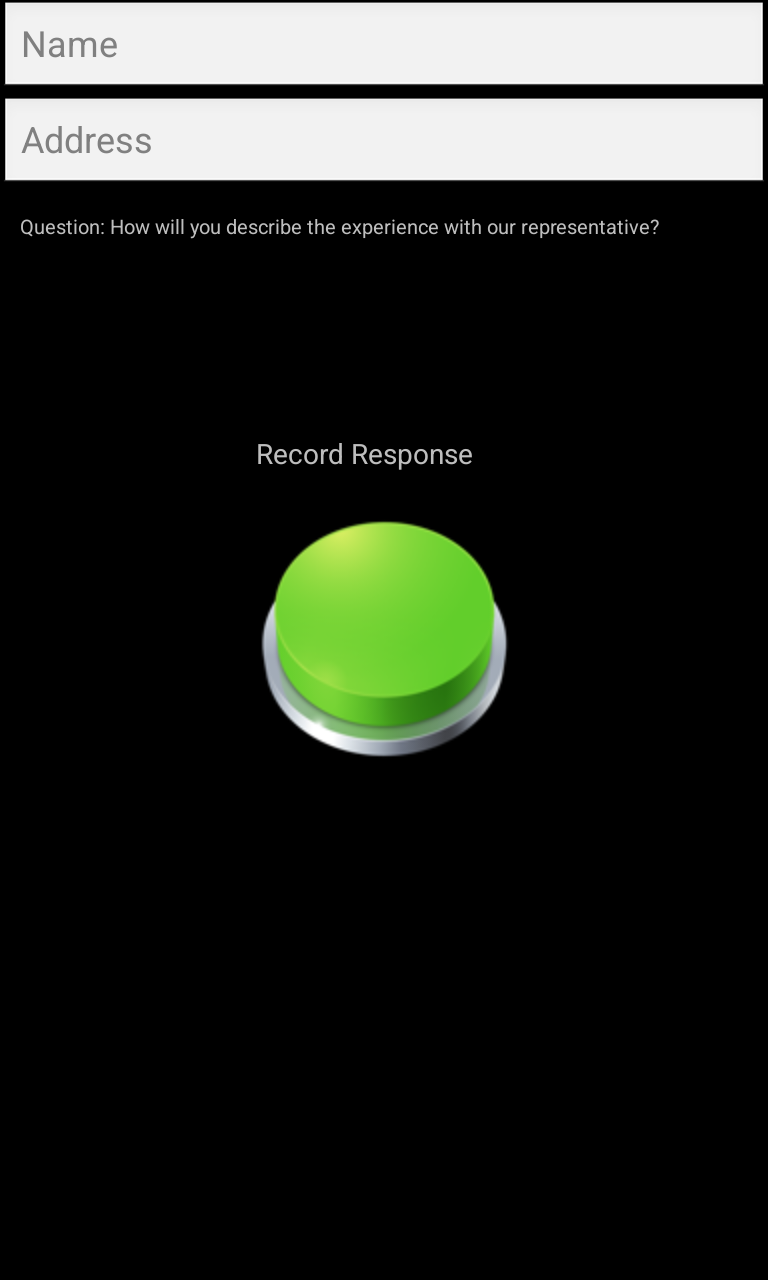
Repository: Anmol92verma/SurveyApp
Layout: SoundServey/res/layout/activity_main.xml
An editor plug-in stored every save of this project. The layout is shown before and after the next save, followed by the edit.
It is drawn on a 768 x 1280 px phone screen (xhdpi) without system bars, with theme android:Theme.Black; the app's code is not run.

Above is the layout before, as saved 2015-02-21 16:46:12.

After the next save:
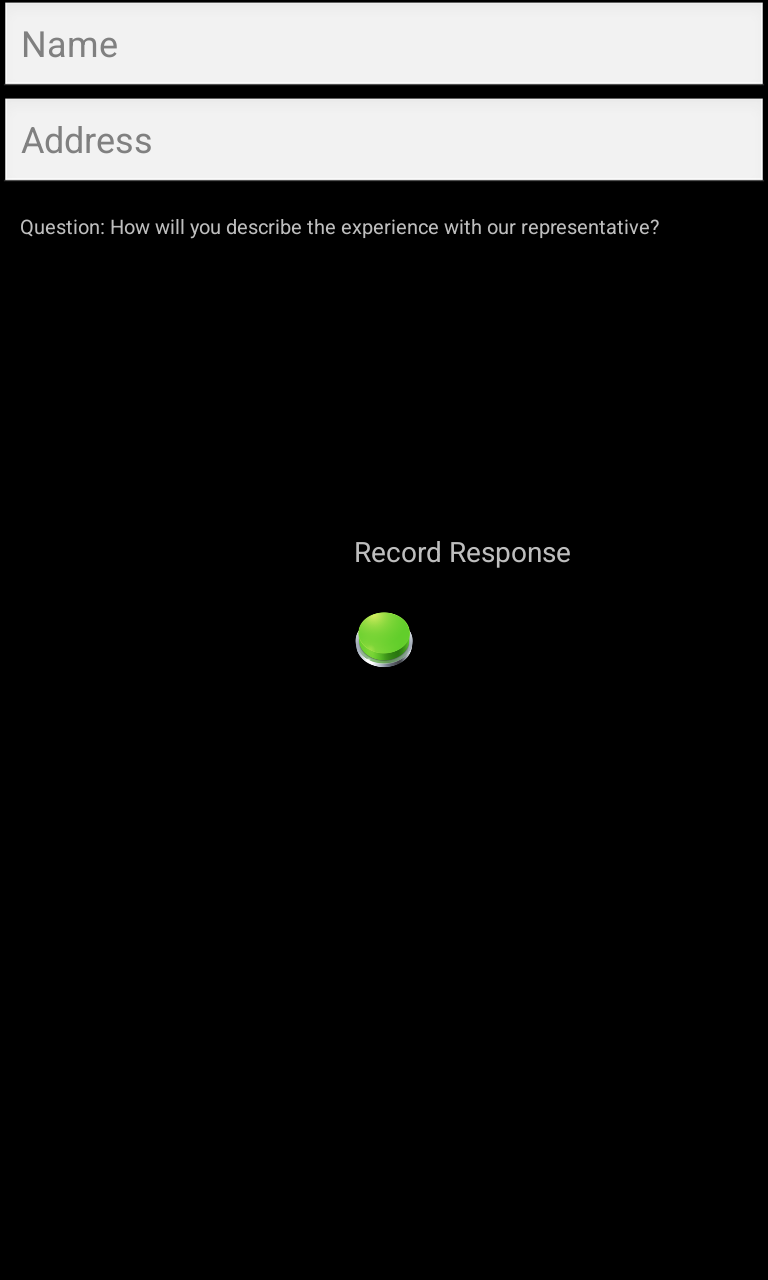
Saved 12 s later.
--- a/SoundServey/res/layout/activity_main.xml
+++ b/SoundServey/res/layout/activity_main.xml
@@ -37,8 +37,8 @@
 
     <ImageView
         android:id="@+id/imageview_recorder"
-        android:layout_width="wrap_content"
-        android:layout_height="wrap_content"
+        android:layout_width="@dimen/dimen_size_recorded"
+        android:layout_height="@dimen/dimen_size_recorded"
         android:layout_centerInParent="true"
         android:contentDescription="@null"
         android:src="@drawable/start" />
